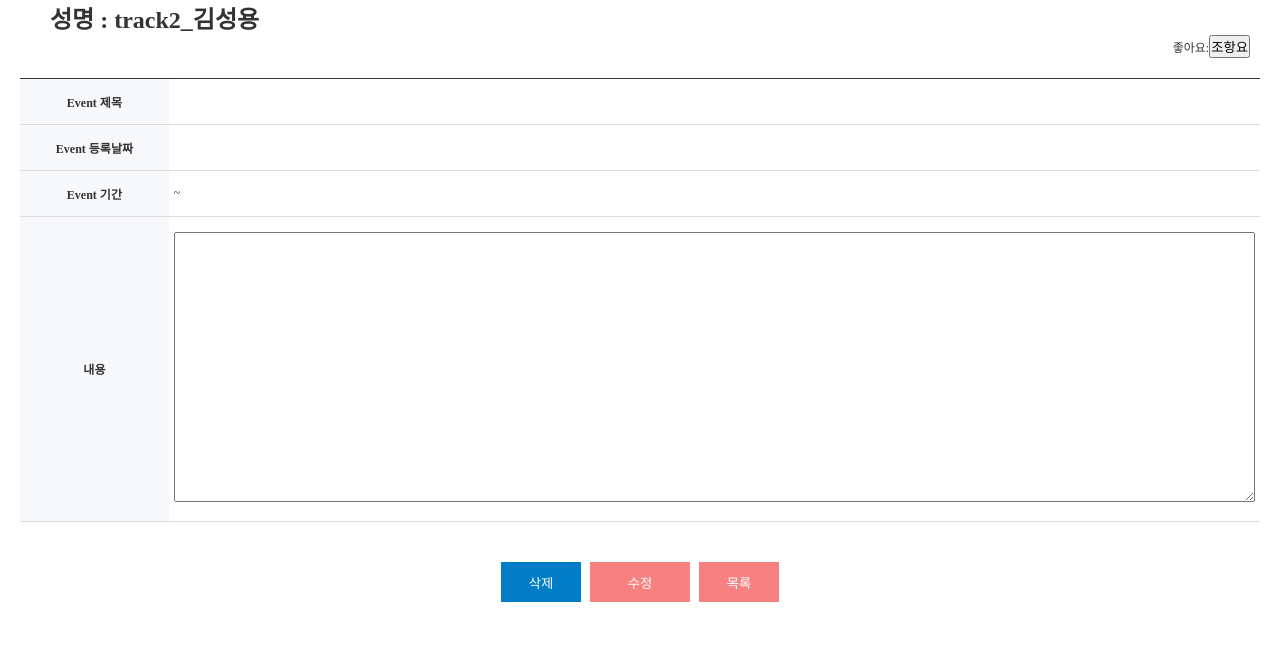
Repository: ddd5733/MVC-Pattern
Page: http://localhost/track2_exam_김성용/examGoView
The author's editor kept a copy of each file at every save. The page is drawn from the files as they stood at one save, then again after the next save.
The browser window is 1280 px wide. The pictures show the whole page.
Some web libraries are served in a nearby version. The page is served by Tomcat 9. Queries for data that is not in the repository find no rows.

Above is the page before, as saved 2020-01-09 05:05:24.

After the next save:
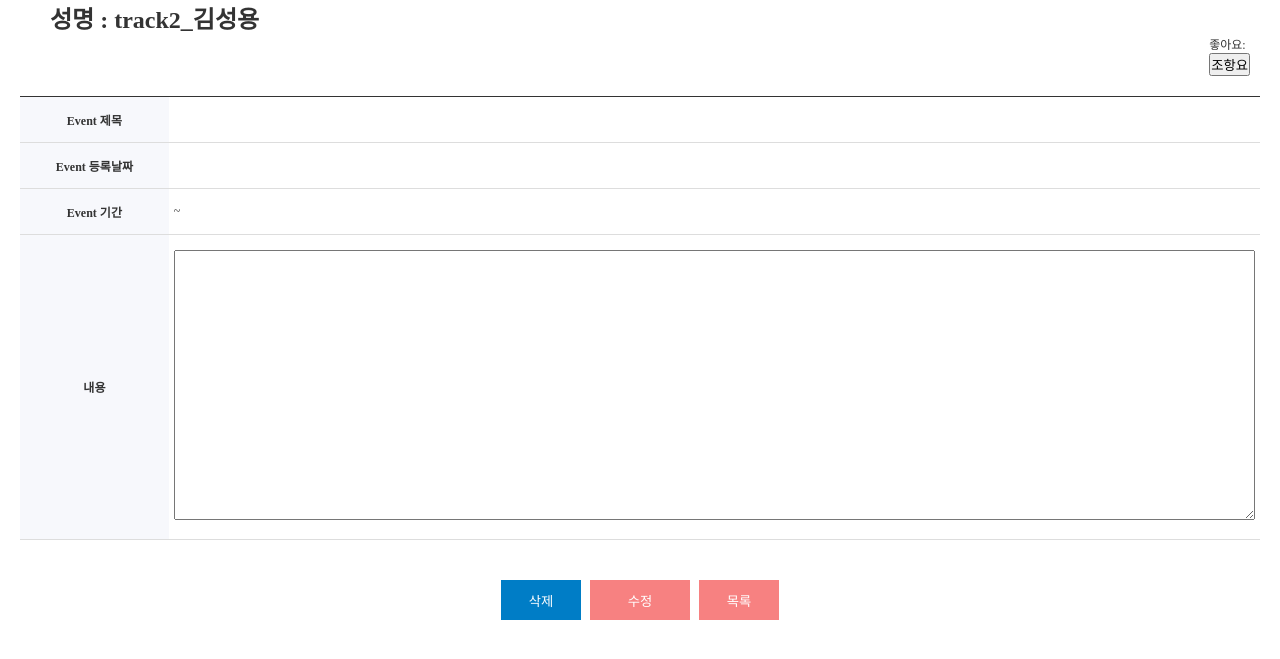
Saved 2 min 8 s later.
--- a/김성용_eclipse_source/track2_exam_김성용/WebContent/exam_event/event_v.jsp
+++ b/김성용_eclipse_source/track2_exam_김성용/WebContent/exam_event/event_v.jsp
@@ -57,7 +57,10 @@
 		<div class="leftmargin">
 			<h1>성명 : track2_김성용</h1>
 			<div class="likebox">
-			좋아요:${t_dto.getLikecount()}<input type="button" id="btnOK" style="" value="조항요"/>
+			<div id="divLike">
+			좋아요:${t_dto.getLikecount()}
+			</div>
+			<input type="button" id="btnOK" style="" value="조항요"/>
 			</div>
 		</div>
 		<div class="write_wrap">

After the 3 saves that followed:
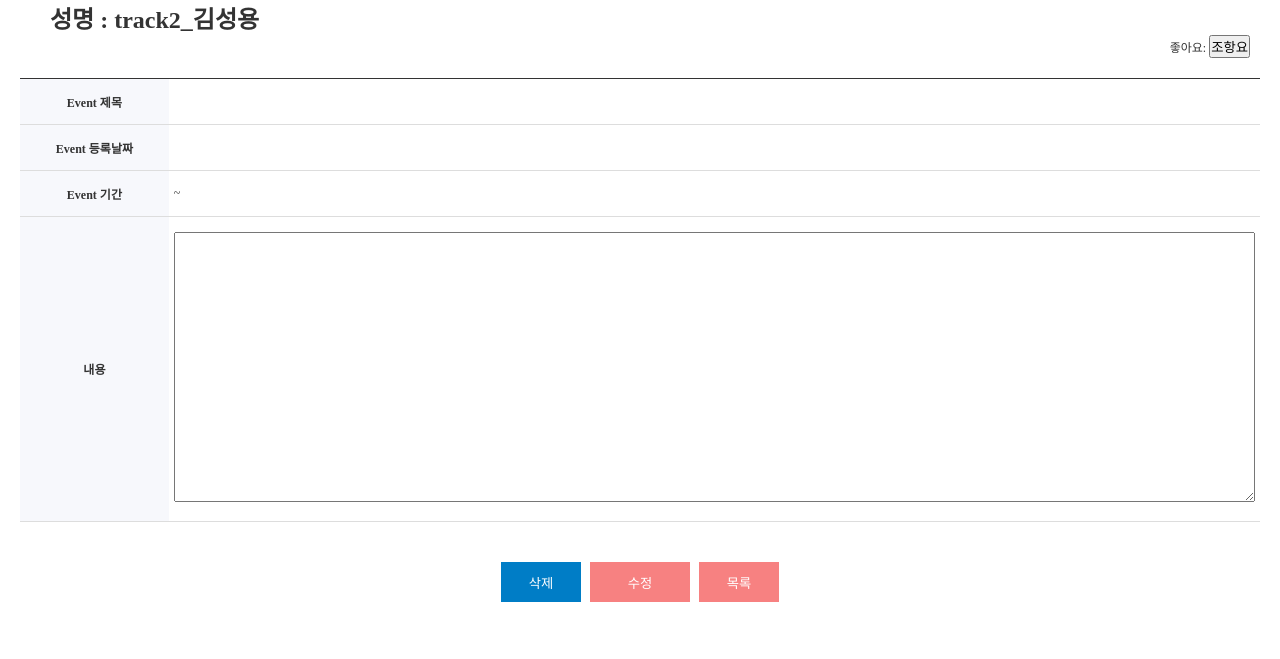
The 3 saves are shown as one change because 1 left the picture as it was and some came seconds apart.
The last was saved 31 s later.
--- a/김성용_eclipse_source/track2_exam_김성용/WebContent/exam_event/event_v.jsp
+++ b/김성용_eclipse_source/track2_exam_김성용/WebContent/exam_event/event_v.jsp
@@ -57,10 +57,10 @@
 		<div class="leftmargin">
 			<h1>성명 : track2_김성용</h1>
 			<div class="likebox">
-			<div id="divLike">
-			좋아요:${t_dto.getLikecount()}
-			</div>
-			<input type="button" id="btnOK" style="" value="조항요"/>
+				<span id="divLike">
+					좋아요:${t_dto.getLikecount()}
+				</span>
+				<input type="button" id="btnOK" style="" value="조항요"/>
 			</div>
 		</div>
 		<div class="write_wrap">
